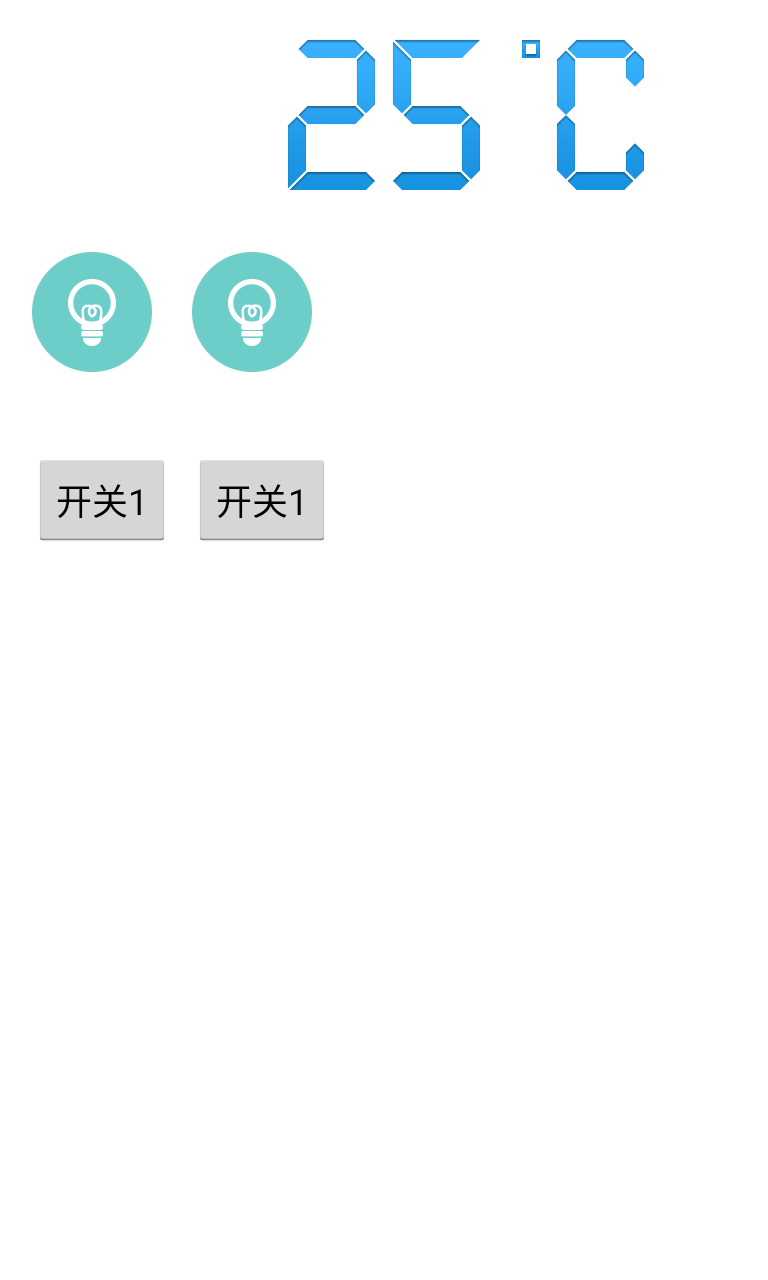
Repository: MyungSinKim/mqtt-demo
Layout: cloud2-demo/res/layout/main.xml
An editor plug-in stored every save of this project. The layout is shown before and after the next save, followed by the edit.
It is drawn on a 768 x 1280 px phone screen (xhdpi) without system bars, with theme AppTheme; the app's code is not run.

Above is the layout before, as saved 2015-11-02 05:27:39.

### cloud2-demo/res/layout/main.xml
<RelativeLayout xmlns:android="http://schemas.android.com/apk/res/android"
    android:layout_width="match_parent"
    android:layout_height="match_parent"
    android:layout_gravity="center_horizontal"
    android:paddingBottom="@dimen/activity_vertical_margin"
    android:paddingLeft="@dimen/activity_horizontal_margin"
    android:paddingRight="@dimen/activity_horizontal_margin"
    android:paddingTop="@dimen/activity_vertical_margin" >

    <RelativeLayout
        android:id="@+id/rl1"
        android:layout_width="match_parent"
        android:layout_height="100dp" >

        <ImageView
            android:id="@+id/temperture_iv"
            android:layout_width="wrap_content"
            android:layout_height="wrap_content"
            android:layout_centerHorizontal="true"
            android:background="@drawable/num_25" />

        <ImageView
            android:id="@+id/temperture_unit_iv"
            android:layout_width="wrap_content"
            android:layout_height="wrap_content"
            android:layout_marginLeft="10dp"
            android:layout_toRightOf="@id/temperture_iv"
            android:background="@drawable/air_du" />
    </RelativeLayout>

    <RelativeLayout
        android:id="@+id/rl2"
        android:layout_width="match_parent"
        android:layout_height="100dp"
        android:layout_below="@+id/rl1"
         >

        <ImageView
            android:id="@+id/light_1_iv"
            android:layout_width="wrap_content"
            android:layout_height="wrap_content"
            android:layout_marginTop="10dp"
            android:background="@drawable/light_off"
            android:tag="off" />

        <ImageView
            android:id="@+id/light_2_iv"
            android:layout_width="wrap_content"
            android:layout_height="wrap_content"
            android:layout_alignTop="@+id/light_1_iv"
            android:layout_marginLeft="20dp"
            android:layout_toRightOf="@id/light_1_iv"
            android:background="@drawable/light_off"
            android:tag="off" />
    </RelativeLayout>

    <Button
        android:id="@+id/imageButton1"
        android:layout_width="wrap_content"
        android:layout_height="wrap_content"
        android:layout_below="@+id/rl2"
        android:layout_marginTop="10dp"
        android:text="开关1" />

    <Button
        android:id="@+id/imageButton2"
        android:layout_width="wrap_content"
        android:layout_height="wrap_content"
        android:layout_alignTop="@+id/imageButton1"
        android:layout_below="@+id/rl2"
        android:layout_marginLeft="10dp"
        android:layout_toRightOf="@id/imageButton1"
        android:text="开关1" />

</RelativeLayout>

Loaded but not shown: cloud2-demo/res/values/styles.xml (common file); cloud2-demo/res/values-v11/styles.xml (common file); cloud2-demo/res/values-v14/styles.xml (common file); cloud2-demo/res/values/dimens.xml (common file)

After the next save:
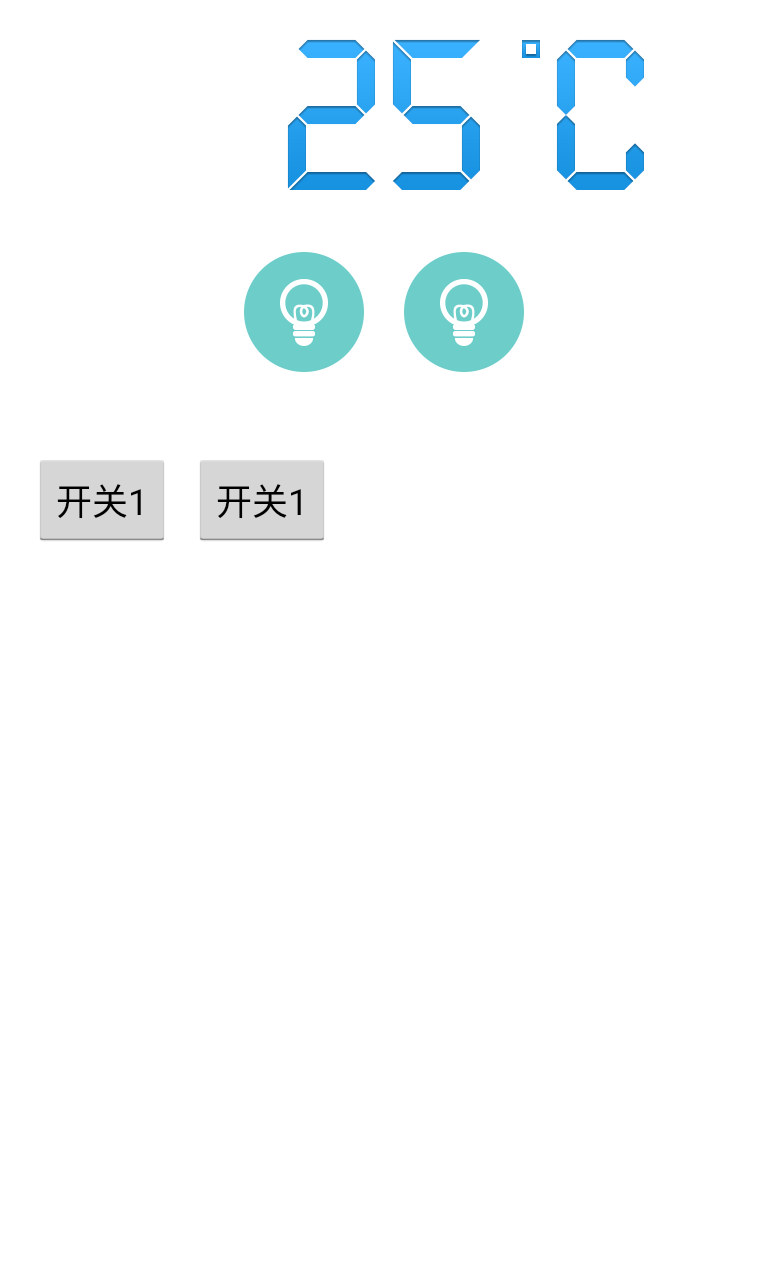
Saved 28 s later.
--- a/cloud2-demo/res/layout/main.xml
+++ b/cloud2-demo/res/layout/main.xml
@@ -30,10 +30,10 @@
 
     <RelativeLayout
         android:id="@+id/rl2"
-        android:layout_width="match_parent"
+        android:layout_width="wrap_content"
         android:layout_height="100dp"
         android:layout_below="@+id/rl1"
-         >
+        android:layout_centerInParent="true" >
 
         <ImageView
             android:id="@+id/light_1_iv"
